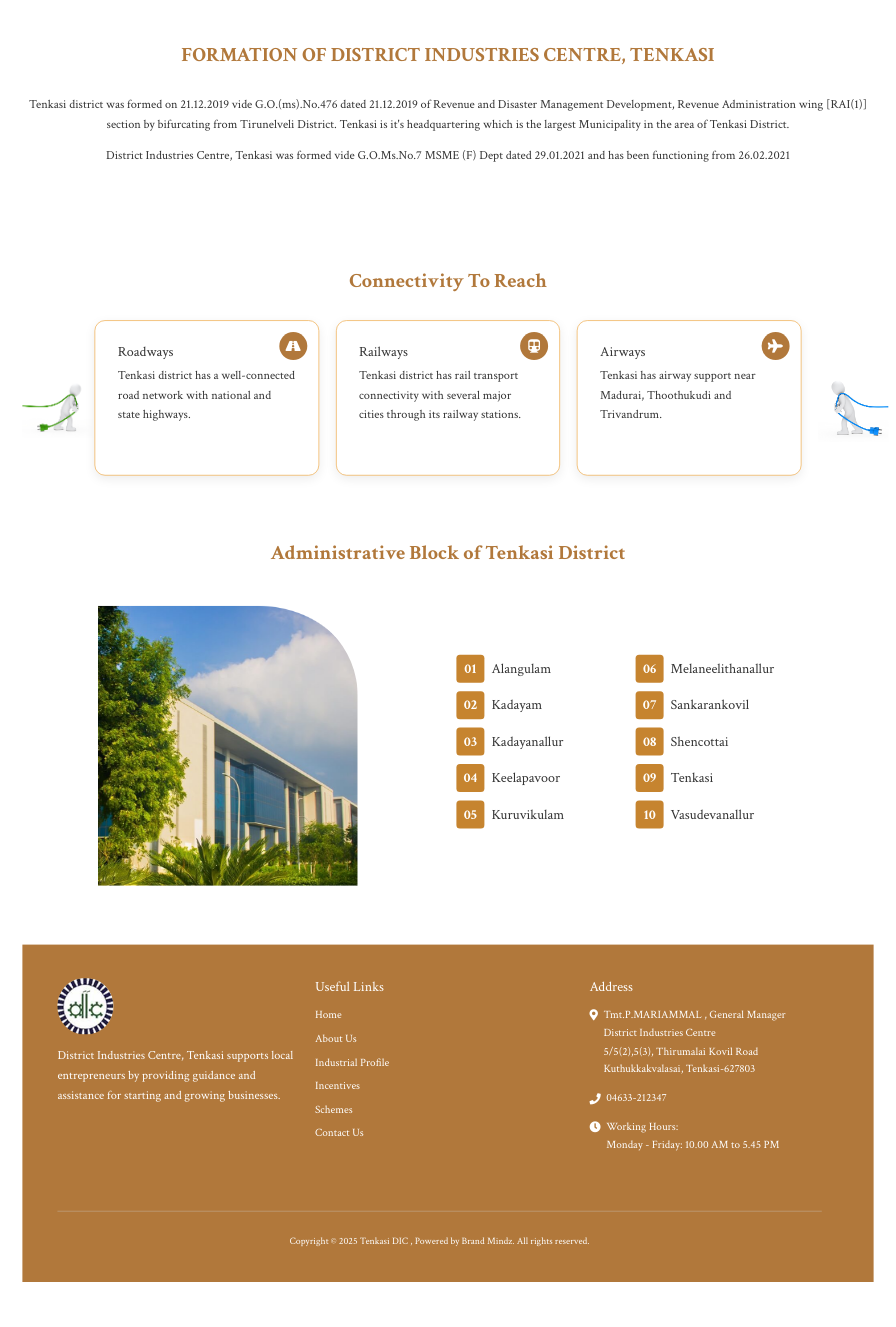
Repository: Brand-Mindz-Global-Technology-Pvt-Ltd/TenkasiDIC--FrontEnd
Page: About US/aboutus.html
An editor plug-in stored every save of this project. The page is shown before and after the next save, followed by the edit.
The browser window is 1280 px wide. The pictures show the part of the page from y = 1198 to 3118 px (the page is 3094 px tall before and 3118 px after), at 70% of full size.

Above is the page before, as saved 2025-07-09 11:33:39.

After the next save:
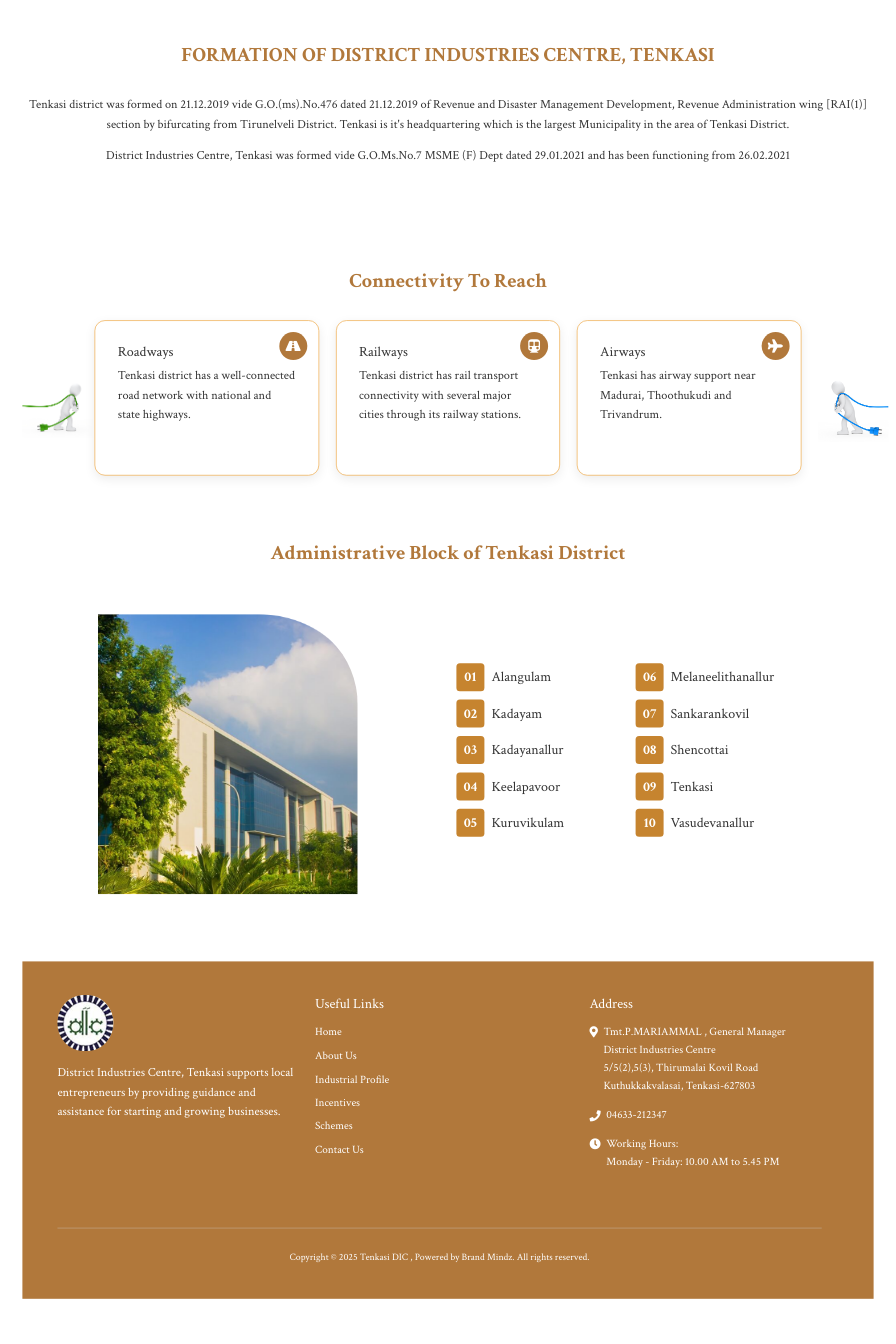
Saved 7 s later.
--- a/About US/aboutus.css
+++ b/About US/aboutus.css
@@ -87,7 +87,7 @@
 
 /* Admin block styles - updated for compact layout like in Image 1 */
 .admin-blocks {
- padding: 20px 0;
+ padding: var(--spacing-lg) 0;
  max-width: 1000px;
  margin: 0 auto;
 }
